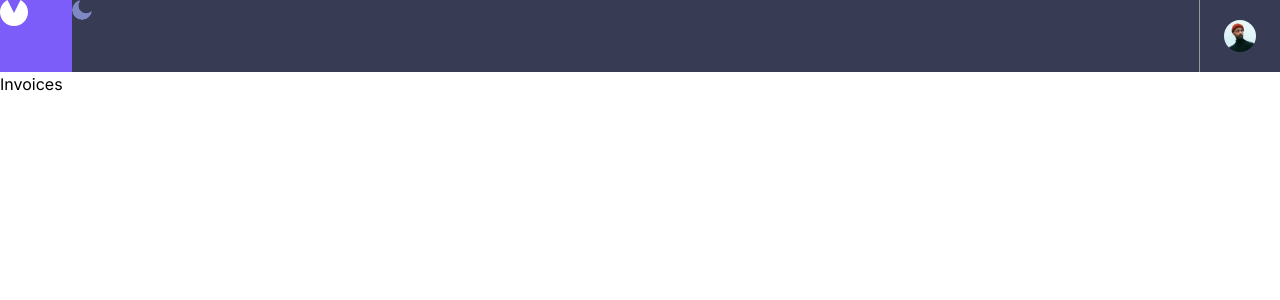
Repository: theoneswhodead/invoice-app
Page: /
The author's editor kept a copy of each file at every save. The page is drawn from the files as they stood at one save, then again after the next save.
The browser window is 1280 px wide. The pictures show the whole page.
The project was rebuilt for these pictures with package versions that can differ from the ones it lists, and the page was loaded fresh each time. The framework's server and built-in components were replaced by stand-ins that run in the browser. Also part of the build but not shown: next.config.mjs.

Above is the page before, as saved 2024-08-19 17:51:16.

After the next save:
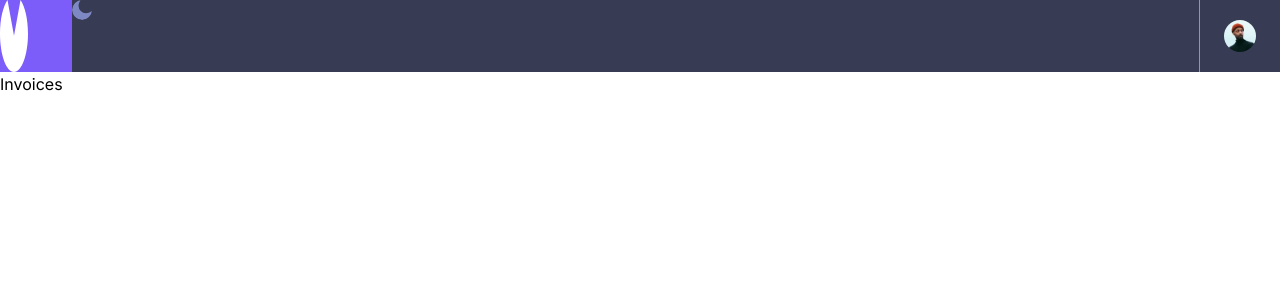
Saved 8 s later.
--- a/app/components/BarMenu.tsx
+++ b/app/components/BarMenu.tsx
@@ -5,7 +5,7 @@
   return (
     <nav className='bg-gray h-[4.5rem] flex justify-between'>
       <div className='flex justify-between '>
-        <div className='bg-purple h-[4.5rem] w-[4.5rem]'>
+        <div className='bg-purple h-[4.5rem] w-[4.5rem] flex'>
             <Image
                 src="/logo.svg"
                 width={28}

After the save that followed:
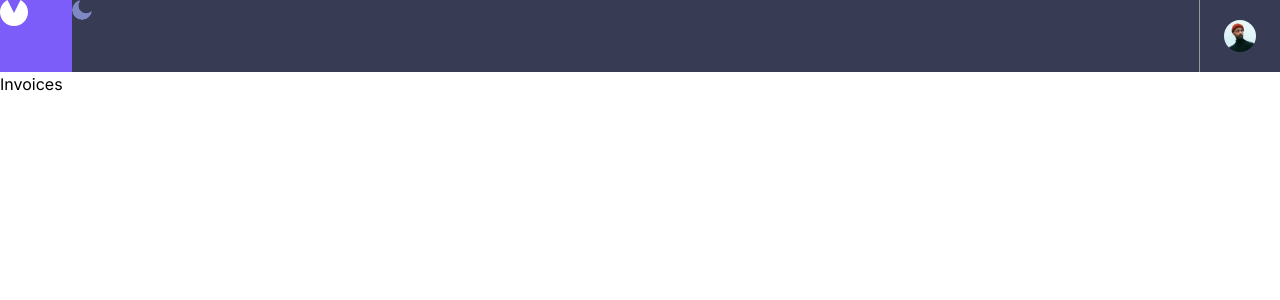
Saved 9 s later.
--- a/app/components/BarMenu.tsx
+++ b/app/components/BarMenu.tsx
@@ -5,7 +5,7 @@
   return (
     <nav className='bg-gray h-[4.5rem] flex justify-between'>
       <div className='flex justify-between '>
-        <div className='bg-purple h-[4.5rem] w-[4.5rem] flex'>
+        <div className='bg-purple h-[4.5rem] w-[4.5rem] '>
             <Image
                 src="/logo.svg"
                 width={28}
